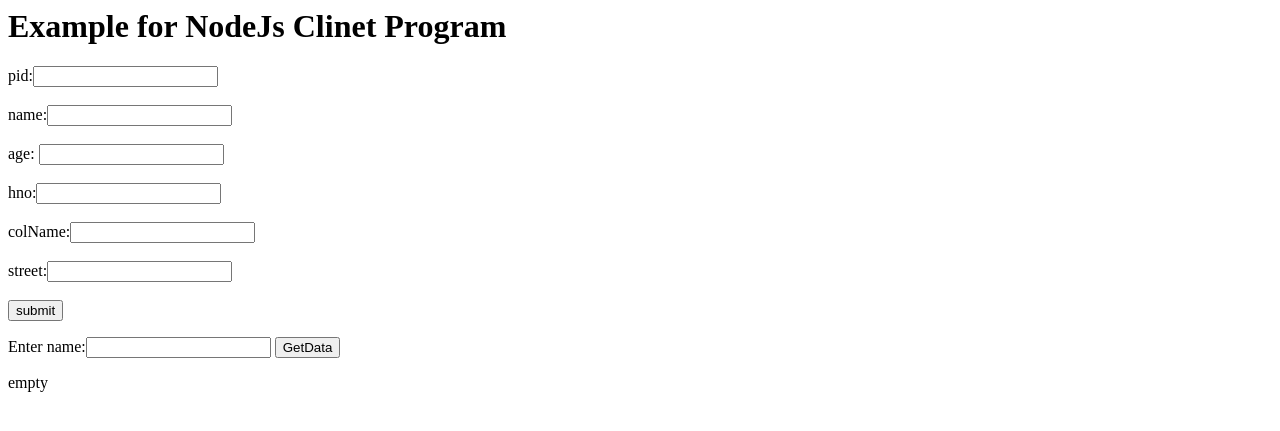
Repository: priyanalleboina/JsTraining
Page: Priyanka _JsExcercies/Excersice-14-ts/index.html
These files come from the project's save history. The page is drawn as it stood at one moment and after the next save; the edit follows.
The browser window is 1280 px wide. The pictures show the whole page.

Above is the page before, as saved 2020-06-04 18:04:43.

### Priyanka _JsExcercies/Excersice-14-ts/index.html
<html lang="en">

<head>
    <meta charset="UTF-8">
    <meta name="viewport" content="width=device-width, initial-scale=1.0">
    <title>Add Program</title>
</head>

<body>
    <div>
        <h1>Example for NodeJs Clinet Program</h1>
        <form method="GET" action="http://localhost:4000/create">
            <label>pid:</label><input id="id" name="pid"></br></br>
            <label>name:</label><input id="name" name="name"></br></br>
            <label>age:</label> <input id="age" name="age"></br></br>
            <label>hno:</label><input id="hno" name="hno"></br></br>
            <label>colName:</label><input id="colName" name="colName"></br></br>
            <label>street:</label><input id="street" name="street"></br></br>
            <input type="submit" value="submit" /></br>
        </form>
        <form method="GET" action="http://localhost:4000/searchByName">
            <label>Enter name:</label><input id="id" name="name">
            <input type="submit" value="GetData" /></br>
            <p id="list">empty</p>
        </form>
    </div>
</body>

</html>

After the next save:
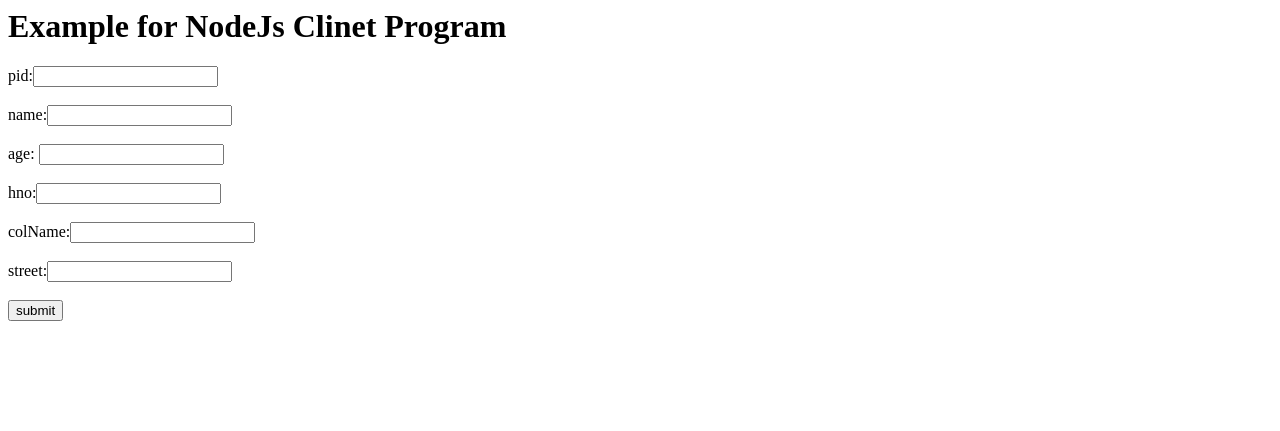
Saved 64 s later.
--- a/Priyanka _JsExcercies/Excersice-14-ts/index.html
+++ b/Priyanka _JsExcercies/Excersice-14-ts/index.html
@@ -18,11 +18,11 @@
             <label>street:</label><input id="street" name="street"></br></br>
             <input type="submit" value="submit" /></br>
         </form>
-        <form method="GET" action="http://localhost:4000/searchByName">
+        <!-- <form method="GET" action="http://localhost:4000/searchByName">
             <label>Enter name:</label><input id="id" name="name">
             <input type="submit" value="GetData" /></br>
             <p id="list">empty</p>
-        </form>
+        </form> -->
     </div>
 </body>
 

After the save that followed:
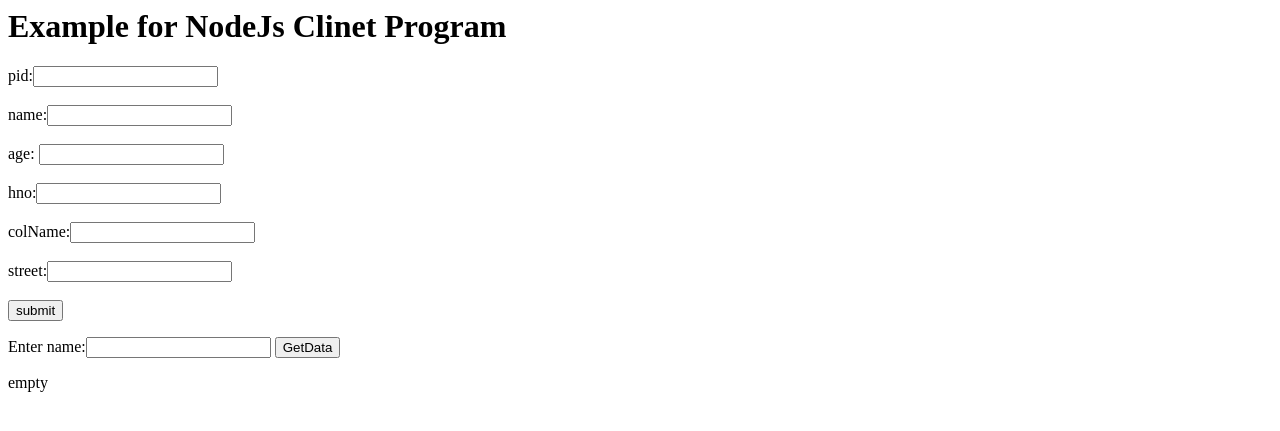
Saved 90 s later.
--- a/Priyanka _JsExcercies/Excersice-14-ts/index.html
+++ b/Priyanka _JsExcercies/Excersice-14-ts/index.html
@@ -18,11 +18,11 @@
             <label>street:</label><input id="street" name="street"></br></br>
             <input type="submit" value="submit" /></br>
         </form>
-        <!-- <form method="GET" action="http://localhost:4000/searchByName">
+        <form method="GET" action="http://localhost:4000/searchByName">
             <label>Enter name:</label><input id="id" name="name">
             <input type="submit" value="GetData" /></br>
             <p id="list">empty</p>
-        </form> -->
+        </form>
     </div>
 </body>
 
